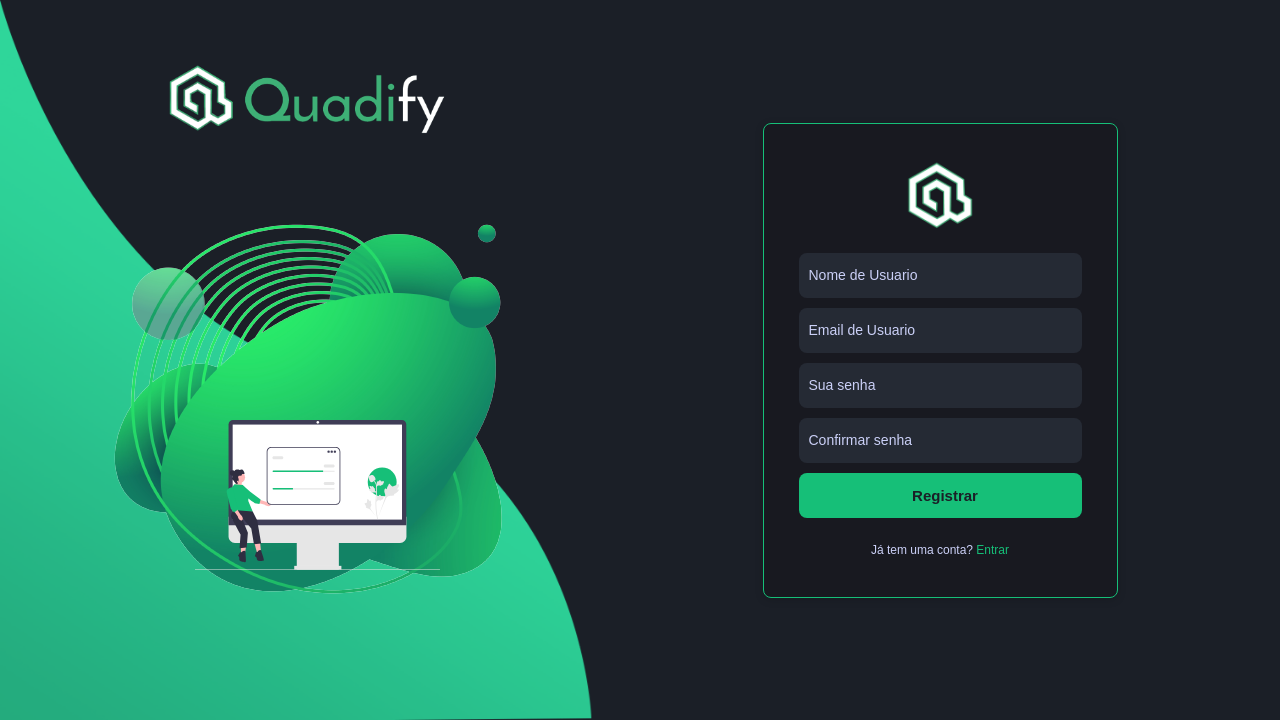
Repository: ichumbo/StarkDashboard
Page: registro.html
The author's editor kept a copy of each file at every save. The page is drawn from the files as they stood at one save, then again after the next save.
The browser window is 1280 px wide. The pictures show the whole page.

Above is the page before, as saved 2023-06-14 18:43:11.

### registro.html
<!DOCTYPE html>
<html lang="pt-br">
<head>

    <meta charset="UTF-8">
    <meta http-equiv="X-UA-Compatible" content="IE=edge">
    <meta name="viewport" content="width=device-width, initial-scale=1.0">
    <title>Quadify</title>
    <!--CSS-->
    <link rel="stylesheet" href="css/style.css">
    <!--Icons-->
    <link rel="stylesheet" href="https://maxst.icons8.com/vue-static/landings/line-awesome/font-awesome-line-awesome/css/all.min.css">
    <link rel="stylesheet" href="https://maxst.icons8.com/vue-static/landings/line-awesome/line-awesome/1.3.0/css/line-awesome.min.css">

</head>
<body id="register-bg">

    <img class="wave" src="img/wave.png" alt="wave">
    <img class="register-img" src="img/register.svg" alt="stats">
    <img class="icon" src="img/icontrue.png" alt="icon">
    <img class="form" src="img/form.png" alt="form">

    <section class="area-register">
        <div class="register">
            <div>
                <img src="img/logo.png" alt="">
            </div>

            <form method="POST">
                <input type="text" name="Nome" placeholder="Nome de Usuario" class="input-form">
                <input type="text" name="Email" placeholder="Email de Usuario" class="input-form">
                <input type="password" name="Senha" placeholder="Sua senha" class="input-form">
                <input type="password" name="Confirmar Senha" placeholder="Confirmar senha" class="input-form">
                <input type="submit" value="Registrar" class="submit">
            </form>
            <div class="sub-text">
                <p>Já tem uma conta? <a href="login.html">Entrar</a></p>
            </div>
        </div>
    </section>
</body>
</html>

### css/style.css
@import url(./global.css);
@import url(./color.css);
@import url(./sidebar.css);
@import url(./header.css);
@import url(./main.css);
@import url(./login.css);
@import url(./registro.css);

/*------------------------------------------------------------------------------------------------------------------------------------------*/

#menu-toggle {
    display: none;
}

### css/global.css
@import url('https://fonts.googleapis.com');

* {
    font-family: 'Nunito', sans-serif;
    text-decoration: none;
    list-style-type: none;
    padding: 0;
    margin: 0;
    box-sizing: border-box;
}

body {
    color: var(--main-text);
    background: var(--bg-body);
}

.icon-header {
    width: 200px;
    margin-left: -30px;
    margin-top: 10px;
}

.photo-header {
    width: 100px;

}

.btn {
    border: none;
    outline: none;
    border-radius: 20px;
    padding: .6rem 2rem;
    display: flex;
    align-items: center;
}

.btn-white {
    background: var(--color-white);
}

.btn span {
    font-size: 1.5rem;
    display: inline-block;
    margin-left: .6rem;
}

.page-wrapper {
    width: 93%;
    margin: auto;
    display: flex;
}

.page-wrapper::before {
    content: "";
    width: 100%;
    height: 430px;
    position: absolute;
    left: 0;
    top: 0;
    background: var(--bg-body-dark);
    z-index: -1;
    border-radius: 0px 0px 0px 100px;
    box-shadow: var(--shadow);
}

### css/color.css
:root {
    --color-main: #16BF78;
    --color-secondary: #0A5938;
    --color-3: #16BF78;
    --color-4: #0F0E0E;
    --color-dark: #100F0F;
    --color-dark-secundary: #181823;
    --bg-body-dark: #0E2023;
    --bg-body: #F4F9F9;
    --color-white: #FFFFFF;
    --main-accent: #DC8449;
    --main-text: #8492A6;
    --success: #28A745;
    --danger: #DC3545;
    --shadow: rgba(0, 0, 0, 0.15) 0px 2px 8px;
    --shadow2: 6px 5px 5px rgba(125, 141, 161, 0.3);
}

### css/sidebar.css
.sidebar {
    width: 250px;
    margin-left: 40px;
}

.brand {
    height: 70px;
    display: flex;
    align-items: center;
    padding-left: 3rem;
}

.brand h3 {
    font-size: 1.8rem;
    color: var(--color-white);
}

/*-----------------------------------------------PROFILE----------------------------------------------*/

.profile-card {
    text-align: center;
    margin: 1rem 0rem;
}

.profile-img {
    height: 120px;
    width: 120px;
    border-radius: 50%;
    margin: auto;
    background-size: cover;
    background-repeat: no-repeat;
    margin-top: 1.8rem;
}

.profile-info {
    color: var(--color-white);
}

.profile-info h2 {
    margin-bottom: .3rem;
}

.profile-info small {
    font-size: 1rem;
    color: #EFEFEF;
}

.profile-action {
    margin: 1.7rem;
}

.profile-action span {
    color: var(--color-main);
    margin-left: 35px;
    font-weight: 600;
}

.profile-action a {
    color: var(--color-main);
    font-size: 1rem;
}

.profile-icons {
    display: flex;
    justify-content: space-between;
    align-items: center;
    margin-bottom: 3.8rem;
}

.profile-icons span {
    display: inline-block;
    color: var(--color-white);
    font-size: 1.65rem;
}

/*-----------------------------------------------MENU----------------------------------------------*/

.sidebar-menu {
    display: grid;
    grid-template-columns: repeat(2, 1fr);
    grid-gap: 1.8rem;
}

.menu-item a {
    display: block;
    width: 100%;
    padding: 1rem 0rem;
    border-radius: 10px;
    color: var(--color-white);
    transition: all 300ms ease;
}

.menu-item a span {
    display: block;
    text-align: center;
    color: var(--main-text);
    font-size: 1.1rem;
}

.menu-item a span:first-child {
    font-size: 2rem;
    margin-bottom: .4rem;
}

.menu-item a.active {
    background: var(--color-main);
}

.menu-item a.active span {
    color: var(--color-white);
}

/*-----------------------------------------------Cards----------------------------------------------*/

.sidebar-card {
    padding: 1rem;
    border-radius: 10px;
    background: var(--color-main);
    margin: 2rem 0rem;
    color: var(--color-white);
}

.sidebar-card h3 {
    margin-bottom: 1rem;
    font-size: 1.4rem;
}

.sidebar-card p {
    line-height: 1.9rem;
    margin-bottom: 1rem;
    font-size: .9rem;
    text-align: justify;
}

.sidebar-card a {
    text-align: center;
    font-weight: 600;
    color: var(--main-text);
    display: block;
    font-size: 1.1rem;
}

### css/header.css
.main-content {
    padding: 0 20px 0px 60px;
    flex: 1;
}

header {
    display: flex;
    justify-content: space-between;
    align-items: center;
    height: 50px;
    border-bottom: 2px solid var(--color-4);
    padding-top: 1rem;
    color: var(--color-white)
}

header label {
    display: inline-block;
    font-size: 1.4rem;
}

.head-icons {
    display: flex;
    align-items: center;
}

.head-icons span {
    margin-left: 1rem;
    display: inline-block;
    font-size: 1.2rem;
}

### css/main.css
.page-header {
    color: var(--color-white);
    margin: 1rem 0rem;
}

.analytics {
    display: grid;
    grid-template-columns: 65% auto;
    grid-gap: 2rem;
    margin-top: 3rem;
}

.card {
    background: var(--color-white);
    border-radius: 10px;
    box-shadow: var(--shadow);
}

.card-head {
    font-size: 1rem;
    color: var(--color-main);
    font-weight: 600;
    padding: 1rem 2rem;
    border-bottom: 1px solid var(--color-main);
}

.card-body {
    padding: 1.5rem 2rem;
}

.sales-card .card-body {
    padding: .3rem;
}

.card-footer {
    padding: 1rem;
}

.chart-wrapper {
    padding-top: 1rem 0rem;
}

### css/login.css
#login-bg {
    background-color: #1B1F27;
    overflow: hidden;
}


/*--------------------------IMGS------------------------------*/
.wave {
    position: fixed;
    height: 100%;
    left: 0;
    bottom: 0;
    z-index: -2;
}

.stats {
    position: fixed;
    height: 100%;
    left: 145px;
    bottom: -25px;
    width: 350px;
}

.icon {
    position: fixed;
    top: -95px;
}

.form {
    position: fixed;
    width: 500px;
    left: 65px;
    bottom: 65px;
    z-index: -1;
}


/*--------------------------FORM-------------------------------*/
.area-login {
    display: flex;
    height: 100vh;
    justify-content: center;
    align-items: center;
}

.login img {
    width: 70px;
    height: auto;
}

.login {
    display: flex;
    flex-direction: column;
    align-items: center;
    background-color: #181920;
    width: 355px;
    height: 355px;
    padding: 25px 35px;
    border-radius: 8px;
    box-shadow: var(--shadow);
    border: 1px solid #16BF78;
    margin-left: 600px;
}

.login form {
    display: flex;
    flex-direction: column;
    width: 100%;
}


/*--------------------------INPUTS-------------------------------*/
.login .input-form {
    margin-top: 10px;
    background-color: #252A34;
    color: #16BF78;
    border: none;
    height: 45px;
    outline: none;
    border-radius: 8px;
    padding-left: 10px;
}

.login .input-form:hover {
    border: 1px solid #16BF78;
}

.login .submit {
    margin-top: 10px;
    background-color: #16BF78;
    color: #1B1F27;
    height: 45px;
    outline: none;
    border-radius: 8px;
    padding-left: 10px;
    border: none;
    font-size: 15px;
    font-weight: 600;
    cursor: pointer;
    transition: all 300ms ease;
}

.login .submit:hover {
    background-color: var(--color-secondary);
    transition: all 300ms ease;
    color: #16BF78;
}

input::placeholder {
    color: #CBD0F7;
    font-size: 14px;
}


/*--------------------------SUB-TEXT-------------------------------*/
.sub-text {
    font-size: 12px;
    margin-top: 25px;
    color: #CBD0F7;
}

.sub-text a {
    color: #16BF78;
}

### css/registro.css
#register-bg {
    background-color: #1B1F27;
    overflow: hidden;
}

/*--------------------------IMGS------------------------------*/
.wave {
    position: fixed;
    height: 100%;
    left: 0;
    bottom: 0;
    z-index: -1;
}

.register-img {
    position: fixed;
    left: 195px;
    bottom: 150px;
    width: 245px;
}

.icon {
    position: fixed;
    height: 395px;
    left: 150px;
    bottom: 325px;
    width: auto;
}


/*--------------------------FORM-------------------------------*/
.area-register {
    display: flex;
    height: 100vh;
    justify-content: center;
    align-items: center;
}

.register img {
    width: 70px;
    height: auto;
}

.register {
    display: flex;
    flex-direction: column;
    align-items: center;
    background-color: #181920;
    width: 355px;
    height: 475px;
    padding: 25px 35px;
    border-radius: 8px;
    box-shadow: var(--shadow);
    border: 1px solid #16BF78;
    margin-left: 600px;
}

.register form {
    display: flex;
    flex-direction: column;
    width: 100%;
}


/*--------------------------INPUTS-------------------------------*/
.register .input-form {
    margin-top: 10px;
    background-color: #252A34;
    color: #16BF78;
    border: none;
    height: 45px;
    outline: none;
    border-radius: 8px;
    padding-left: 10px;
}

.register .input-form:hover {
    border: 1px solid #16BF78;
}

.register .submit {
    margin-top: 10px;
    background-color: #16BF78;
    color: #1B1F27;
    height: 45px;
    outline: none;
    border-radius: 8px;
    padding-left: 10px;
    border: none;
    font-size: 15px;
    font-weight: 600;
    cursor: pointer;
    transition: all 300ms ease;
}

.register .submit:hover {
    background-color: var(--color-secondary);
    transition: all 300ms ease;
    color: #16BF78;
}

input::placeholder {
    color: #CBD0F7;
    font-size: 14px;
}


/*---------------------------SUB-TEXT--------------------------------*/
.sub-text {
    font-size: 12px;
    margin-top: 25px;
    color: #CBD0F7;
}

.sub-text a {
    color: #16BF78;
}


/*----------------------------TABLE---------------------------------*/
.title-table {
    margin-top: 3rem;
    color: var(--color-white);
    text-align: center;
    margin-bottom: 1rem;
}
.content-table {
    overflow: hidden;
    background-color: var(--color-white);
    border-collapse: collapse;
    width: 1210px;
    font-size: 1rem;
    border-radius: 8px;
    box-shadow: 0 0 20px rgba(0, 0, 0, 0.15);
}

.content-table thead tr {
    background-color: var(--color-main);
    color: #ffffff;
    text-align: left;
    font-weight: bold;
}

.content-table th,
.content-table td {
    padding: 12px 15px;
}

.content-table tbody tr {
    border-bottom: 1px solid #dddddd;
}

.content-table tbody tr:nth-of-type(even) {
    background-color: #f3f3f3;
}

.content-table tbody tr:last-of-type {
    border-bottom: 2px solid var(--color-main);
}

.content-table tbody tr.active-row {
    font-weight: bold;
    color: var(--color-main);
}

After the next save:
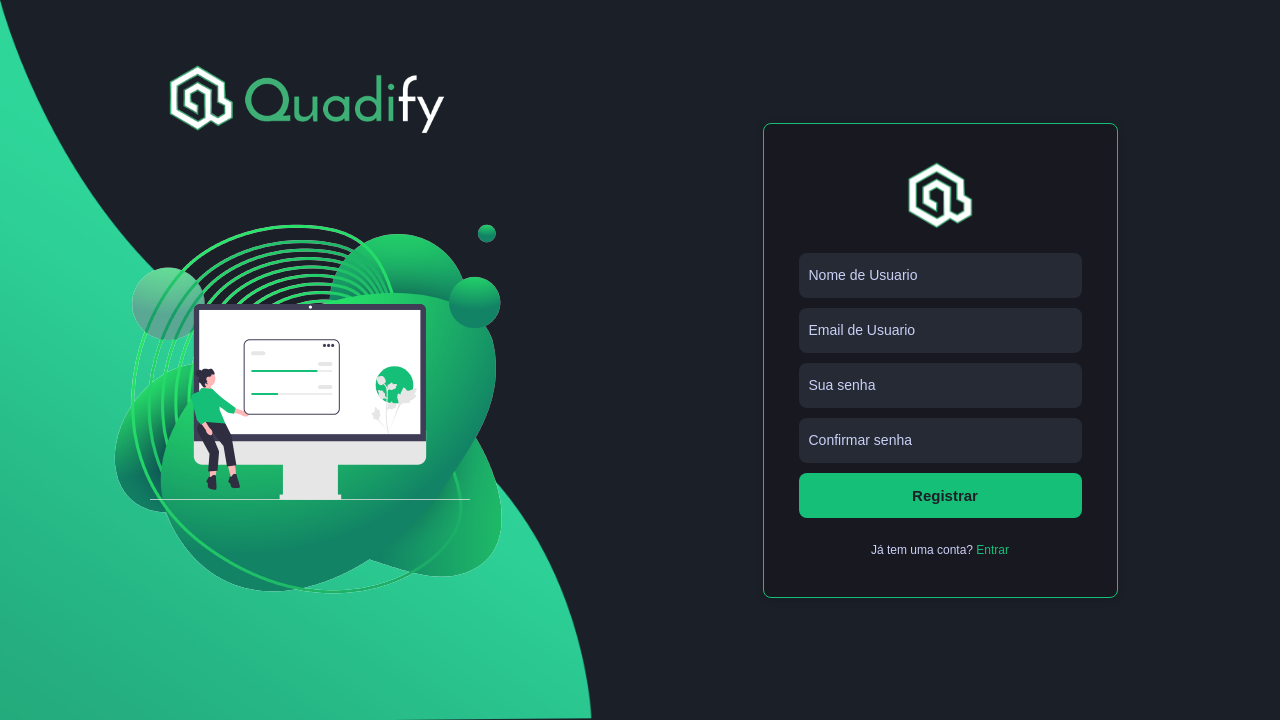
Saved 2 min 55 s later.
--- a/css/registro.css
+++ b/css/registro.css
@@ -14,9 +14,9 @@
 
 .register-img {
     position: fixed;
-    left: 195px;
-    bottom: 150px;
-    width: 245px;
+    left: 150px;
+    bottom: 220px;
+    width: 320px;
 }
 
 .icon {
